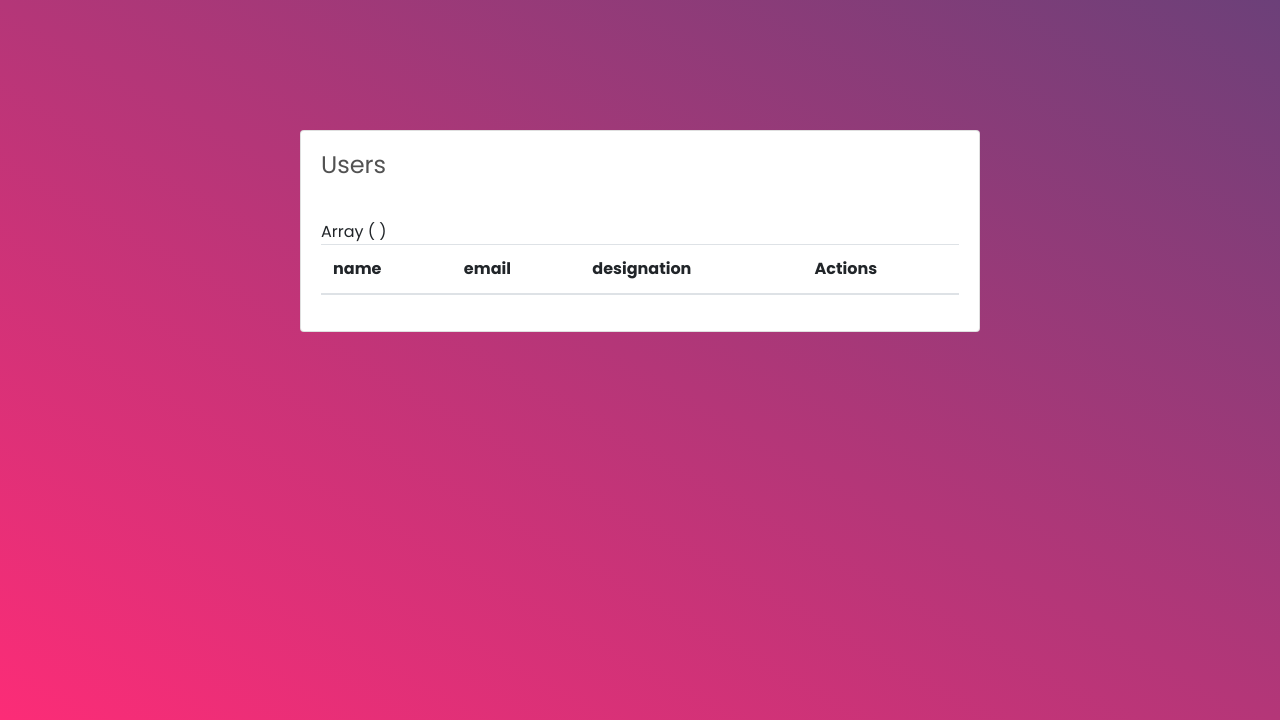
Repository: AbdulRehman0/registration
Page: http://localhost/dashboard.php
The author's editor kept a copy of each file at every save. The page is drawn from the files as they stood at one save, then again after a run of saves.
The browser window is 1280 px wide. The pictures show the whole page.
The page is run by PHP 8.4 with error messages shown; the project is at /var/www/html/. The session is filled in as if someone had signed in: {"session_id": true, "name": "Test User", "email": "test@example.com", "id": 1, "session_role": 1}. Queries for data that is not in the repository find no rows.

Above is the page before, as saved 2021-01-07 14:05:37.

After the next 2 saves:
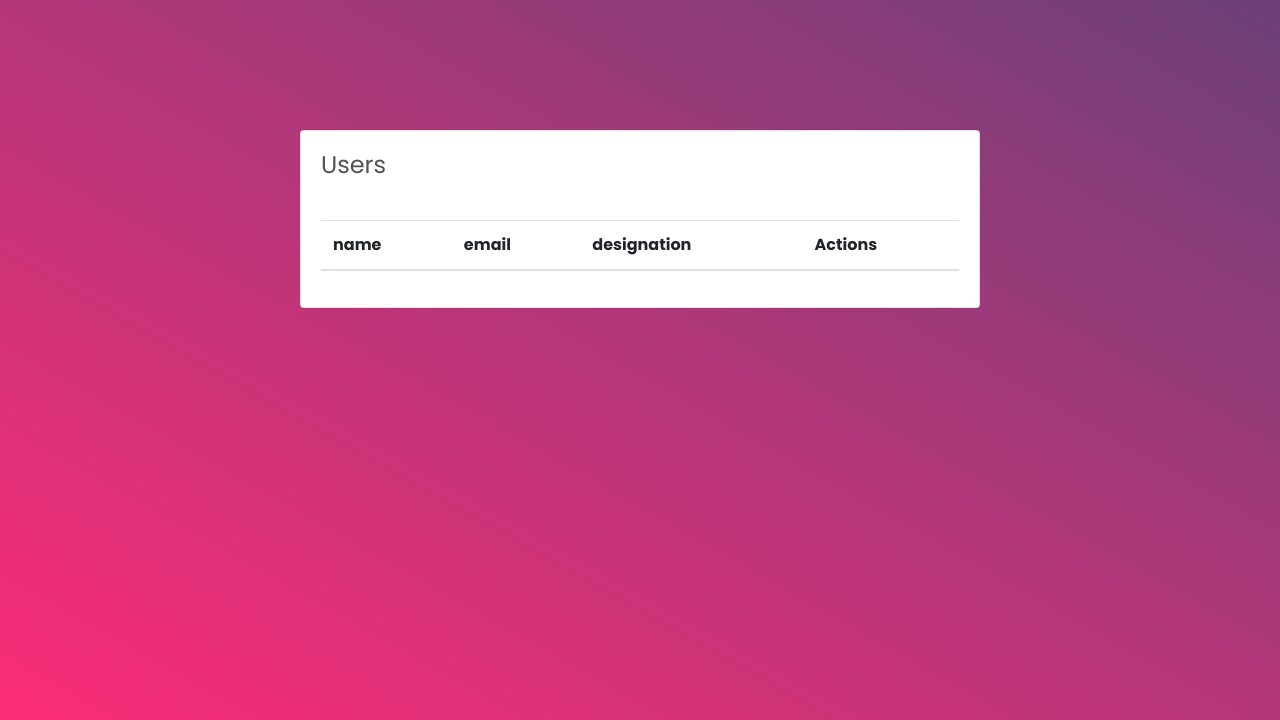
The 2 saves are shown as one change because they came seconds apart.
The last was saved 28 s later.
--- a/dashboard.php
+++ b/dashboard.php
@@ -37,7 +37,7 @@ include "./templates/header.php";
                         </tr>
                       </thead>
                       <tbody>
-                        <?php print_r($res); foreach($res as $row): if($row["role_id"]==1) $des="Admin"; else $des="Editor"?>
+                        <?php foreach($res as $row): if($row["role_id"]==1) $des="Admin"; else $des="Editor"?>
                         <tr>
                         <td><?php echo $row["name"];?></td>
                         <td><?php echo $row["email"];?></td>
